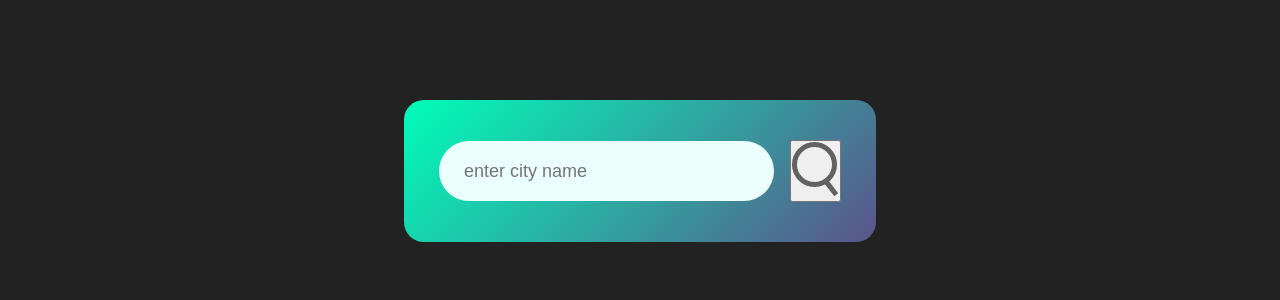
Repository: Rohit-foryou/Weather-app
Page: Weather App/Weather.html
The author's editor kept a copy of each file at every save. The page is drawn from the files as they stood at one save, then again after the next save.
The browser window is 1280 px wide. The pictures show the whole page.

Above is the page before, as saved 2023-12-13 14:17:26.

After the next save:
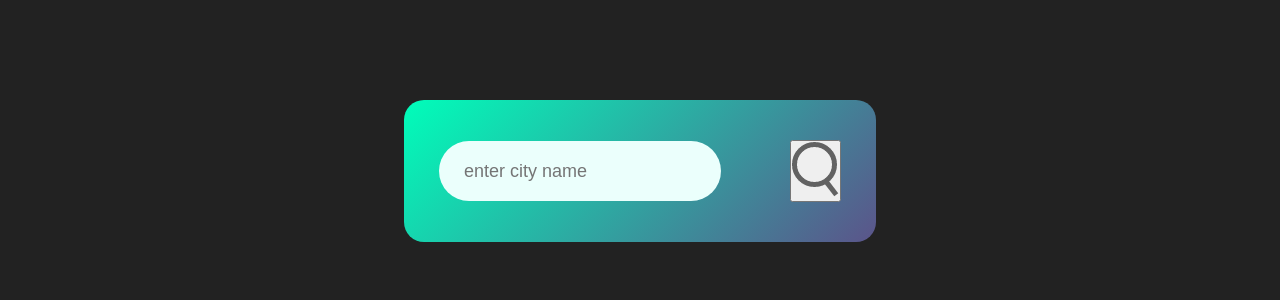
Saved 72 s later.
--- a/Weather App/Weather.css
+++ b/Weather App/Weather.css
@@ -35,7 +35,7 @@
     padding: 10px 25px;
     height: 60px;
     border-radius: 30px;
-    flex: 1;
+    /* flex: 1; */
     margin-right: 16px;
     font-size: 18px;
 }

After the save that followed:
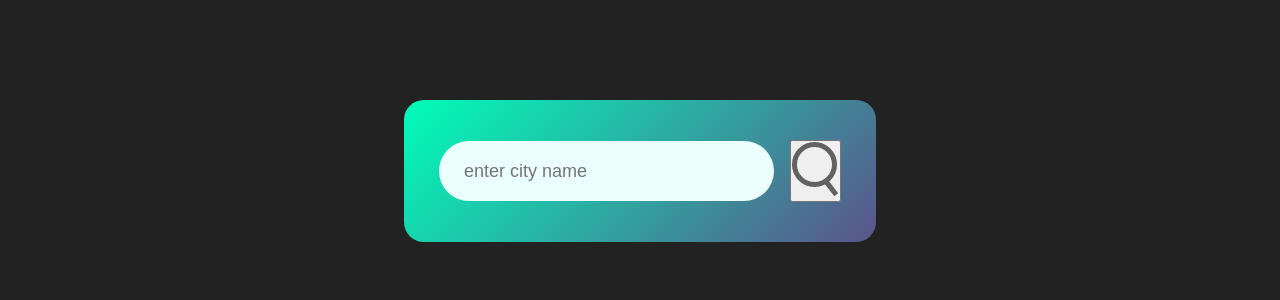
Saved 8 s later.
--- a/Weather App/Weather.css
+++ b/Weather App/Weather.css
@@ -35,7 +35,7 @@
     padding: 10px 25px;
     height: 60px;
     border-radius: 30px;
-    /* flex: 1; */
+    flex: 1;
     margin-right: 16px;
     font-size: 18px;
 }
